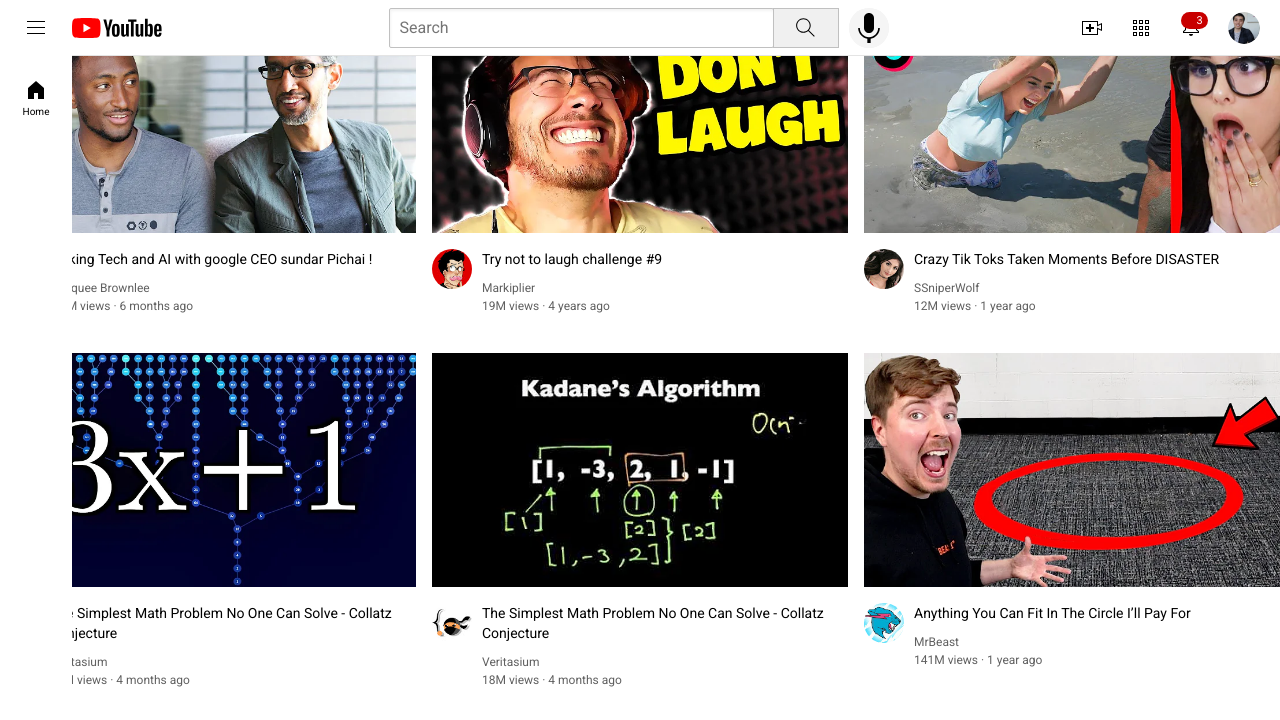
Repository: knowledgeAlan/html-css-sixteen
Page: youtube.html
An editor plug-in stored every save of this project. The page is shown before and after the next save, followed by the edit.
The browser window is 1280 px wide. The pictures show the whole page.

Above is the page before, as saved 2024-04-12 17:47:23.

### youtube.html
<!DOCTYPE html>
<html>

<head>
    <title>Youtube.com Clone</title>

    <link rel="preconnect" href="https://fonts.googleapis.com">
    <link rel="preconnect" href="https://fonts.gstatic.com" crossorigin>
    <link href="https://fonts.googleapis.com/css2?family=Roboto:wght@400;500;700&display=swap" rel="stylesheet">

    <link rel="stylesheet" href="styles/general.css">
    <link rel="stylesheet" href="styles/header.css">
    <link rel="stylesheet" href="styles/video.css">
    <link rel="stylesheet" href="styles/sidebar.css">


    <body>


        <div class="header">


            <div class="left-section">

                <img class="hamburger-menu" src="icons/hamburger-menu.svg">
                <img class="youtube-logo" src="icons/youtube-logo.svg">

            </div>

            <div class="middle-section">
                <input class="search-bar" type="text" placeholder="Search">

                <button class="search-button">
                    <img class="search-icon" src="icons/search.svg">
                </button>

                <button class="voice-search-button">
                       <img class="voice-search-button" src="icons/voice-search-icon.svg" >
                </button>
            </div>

            <div class="right-section">
                <img class="upload-icon" src="icons/upload.svg">
                <img class="youtube-apps-icon" src="icons/youtube-apps.svg">
                <div class="notifications-icon-container">
                    <img class="notifications-icon" src="icons/notifications.svg">
                    <div class="notifications-count">3</div>
                </div>

                <img class="current-user-picture" src="channel-pictures/my-channel.jpeg">

            </div>

        </div>

        <div class="sidebar">
          <div class="sidebar-link">
            <img src="icons/home.svg">
            <div>Home</div>
          </div>

        </div>

        <div class="video-grid">

            <div class="video-preview">

                <div class="thumbnail-row">
                    <img class="thumbnail" src="thumbnails/thumbnail-1.webp">
                </div>

                <div class="video-info-grid">

                    <div class="channel-picture">
                        <img class="profile-picture" src="channel-pictures/channel-1.jpeg">
                    </div>

                    <div class="video-info">
                        <p class="video-title">
                            Talking Tech and AI with google CEO sundar Pichai !

                        </p>

                        <p class="video-author">
                            Marquee Brownlee
                        </p>

                        <p class="video-stats">
                            3.4M views &#183; 6 months ago
                        </p>

                    </div>
                </div>
            </div>


            <div class="video-preview">
                    <div class="thumbnail-row">
                        <img class="thumbnail" src="thumbnails/thumbnail-2.webp">

                    </div>

                    <div class="video-info-grid">
                        <div class="channel-picture">
                            <img class="profile-picture" src="channel-pictures/channel-2.jpeg">
                        </div>

                        <div class="video-info">
                            <p class="video-title">
                                Try not to laugh challenge #9
                            </p>

                            <p class="video-author">
                                Markiplier
                            </p>

                            <p class="video-stats">
                                19M views &#183; 4 years ago
                            </p>
                        </div>
                    </div>
            </div>



            <div class="video-preview">

                <div class="thumbnail-row">
                    <img class="thumbnail" src="thumbnails/thumbnail-3.webp">
                </div>

                <div class="video-info-grid">
                    <div class="channel-picture">
                        <img class="profile-picture"    src="channel-pictures/channel-3.jpeg">
                    </div>

                    <div class="video-info">
                         <p class="video-title">
                            Crazy Tik Toks Taken Moments Before DISASTER
                         </p>

                         <p class="video-author">
                            SSniperWolf
                         </p>

                         <p class="video-stats">
                            12M views &#183; 1 year ago
                         </p>
                    </div>
                </div>
            </div>

            <div class="video-preview">
                <div class="thumbnail-row">
                    <img class="thumbnail" src="thumbnails/thumbnail-4.webp">
                </div>
                <div class="video-info-grid">
                    <div class="channel-picture">
                        <img class="profile-picture" src="channel-pictures/channel-4.jpeg">
                    </div>

                    <div class="video-info">
                        <p class="video-title">
                            The Simplest Math Problem No One Can Solve - Collatz Conjecture
                        </p>
                        <p class="video-author">
                            Veritasium
                        </p>

                        <p class="video-stats">
                            18M views &#183; 4 months ago
                        </p>

                    </div>
                </div>
            </div>

            <div class="video-preview">
                <div class="thumbnail-row">
                    <img class="thumbnail" src="thumbnails/thumbnail-5.webp">
                </div>
                <div class="video-info-grid">
                    <div class="channel-picture">
                        <img class="profile-picture" src="channel-pictures/channel-5.jpeg">
                    </div>

                    <div class="video-info">
                        <p class="video-title">
                            The Simplest Math Problem No One Can Solve - Collatz Conjecture
                        </p>
                        <p class="video-author">
                            Veritasium
                        </p>

                        <p class="video-stats">
                            18M views &#183; 4 months ago
                        </p>

                    </div>
                </div>
            </div>

            <div class="video-preview">
                <div class="thumbnail-row">
                    <img class="thumbnail" src="thumbnails/thumbnail-6.webp">
                </div>

                <div class="video-info-grid">
                    <div class="channel-picture">
                        <img class="profile-picture" src="channel-pictures/channel-6.jpeg">
                    </div>
                    <div class="video-info">
                        <p class="video-title">
                            Anything You Can Fit In The Circle I’ll Pay For
                        </p>

                        <p class="video-author">
                            MrBeast
                        </p>

                        <p class="video-stats">
                            141M views &#183; 1 year ago
                        </p>
                    </div>
                </div>

            </div>







 </div>


    </body>
</head>
</html>

### styles/general.css
p{
    font-family: Roboto,Arial;
    margin-top: 0;
    margin-bottom: 0;
}

body{
    margin: 0;
}

### styles/header.css
.header {
    height: 55px;
    display: flex;
    flex-direction: row;
    justify-content: space-between;

    position: fixed;
    top: 0;
    left: 0;
    left: 0;
    right: 0;

    background-color: white;
    border-bottom-width: 1px ;
    border-bottom-style: solid;
    border-bottom-color: rgb(228, 228, 228) ;


}


.left-section {

    display: flex;
    align-items: center;
}

.hamburger-menu {

    height: 24px;
    margin-left: 24px;
    margin-right: 24px;
}


.youtube-logo {
    height: 20px ;
}

.middle-section {
    flex: 1;
    margin-left: 70px;
    margin-right:  35px;
    max-width: 500px;
    display: flex;
    align-items: center;
}

.search-bar{
    flex: 1;
    height: 36px;
    padding-left: 10px;
    font-size: 16px;
    border-width: 1px;
    border-style: solid;
    border-color: rgb(192, 192, 192);
    border-radius: 2px;
    box-shadow: inset 1px 2px 3px rgba(0, 0, 0, 0.05);
    width: 0;

}



.search-bar::placeholder {
    font-family: Roboto,Arial;
    font-size: 16px;
}


.search-button{
    height: 40px;
    width: 66px;
    background-color: rgb(240, 240, 240);
    border-width: 1px;
    border-style: solid;
    border-color: rgb(192, 192, 192);
    margin-left: -1px;
    margin-right: 10px;
}

.search-button,
.voice-search-button,
.upload-icon-container{
    display: flex;
    justify-content: center;
    align-items: center;
    position: relative;
}

.search-button .tooltip,
.voice-search-button .tooltip,
.upload-icon-container .tooltip{
    font-family: Roboto,Arial;
    position: absolute;
    background-color: gray;
    color: white;
    padding-top: 4px;
    padding-bottom: 4px;
    padding-left: 8px;
    border-radius: 2px;
    font-size: 12px;
    bottom: -30px;
    opacity: 0;
    transition: opacity 0.15s;
    pointer-events: none;
    white-space: nowrap;
}

.search-button:hover .tooltip,
.voice-search-button:hover .tooltip,
.upload-icon-container:hover .tooltip{
    opacity: 1;
}
.search-icon {
    height: 25px;

}


.voice-search-button{
    height: 40px;
    width: 40px;
    border-radius: 20px;
    border: none;
    background-color: rgb(245, 245, 245);
}


.video-search-icon {
    height: 24px;

}

.right-section {
    width: 180px;
    margin-right: 20px;
    display: flex;
    align-items: center;
    justify-content: space-between;
    flex-shrink: 0;

}

.upload-icon {
    height: 24px;
}

.youtube-apps-icon{
    height: 24px;
}


.notifications-icon {
    height: 24px;
}

.notifications-icon-container {
    position: relative;
}

.notifications-count{
    position: absolute;
    top: -2px;
    right: -5px;
    background-color: rgb(200, 0, 0);
    color: white;
    font-family: Roboto,Arial;
    font-size: 11px;
    padding-left: 15px;
    padding-right: 5px;
    padding-top: 2px;
    padding-bottom: 2px;
    border-radius: 10px;
}
.current-user-picture {
    height: 32px;
    border-radius: 16px ;
}

### styles/video.css
.thumbnail{
    width: 100%;
}

.video-title {
    margin-top: 0;
    font-size: 14px;
    font-weight: 500px ;
    line-height: 20px;
    margin-bottom: 12px;
}


.video-info-grid {
    display: grid;
    grid-template-columns: 50px 1fr;
}


.profile-picture{
    width: 40px;
    border-radius: 50px;
}


.thumbnail-row {
    margin-bottom: 12px;
}

.video-author,.video-stats {
    font-size: 12px;
    color: rgb(96, 96, 96);
}

.video-author {
    margin-bottom: 4px;
}

.video-grid{
    display: grid;
    grid-template-columns: 1fr 1fr 1fr;
    column-gap: 16px;
    row-gap: 40px;
}


.video-time {
    font-family: Roboto,Arial;
    font-size: 12px;
    font-weight: 500;
    padding-left: 4px;
    padding-right: 4px;
    padding-bottom: 4px;
    border-radius: 2px;
    background-color: black;
    color: white;
    position: absolute;
    bottom:8px;
    right: 5px;
}

### styles/sidebar.css
.sidebar {
    position:fixed;
    left: 0;
    bottom: 0;
    top: 55px;
    background-color: white;
    width: 72px;
    z-index: 200;
    padding-top: 5px;
}


.sidebar-link {
    height: 74px;
    display: flex;
    justify-content: center;
    align-items: center;
    flex-direction: column;
    cursor: pointer;
}


.sidebar-link:hover{
    background-color: rgb(235, 235, 235);
}


.sidebar-link img{
    height: 24px;
    margin-bottom: 4px;
}

.sidebar-link div{
    font-family: Roboto,Arial;
    font-size: 10px;
}

After the next save:
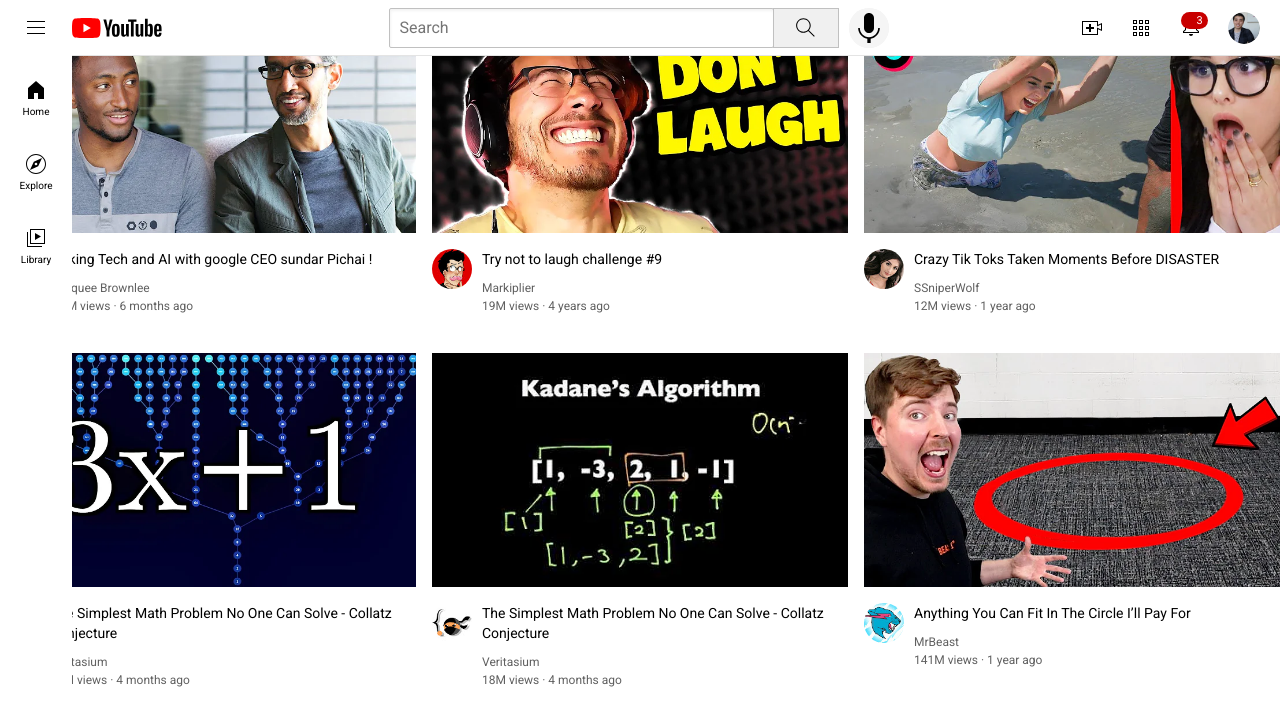
Saved 102 s later.
--- a/youtube.html
+++ b/youtube.html
@@ -59,6 +59,16 @@
             <div>Home</div>
           </div>
 
+
+          <div class="sidebar-link">
+            <img src="icons/explore.svg">
+            <div>Explore</div>
+          </div>
+
+          <div class="sidebar-link">
+            <img src="icons/library.svg">
+            <div>Library</div>
+          </div>
         </div>
 
         <div class="video-grid">
